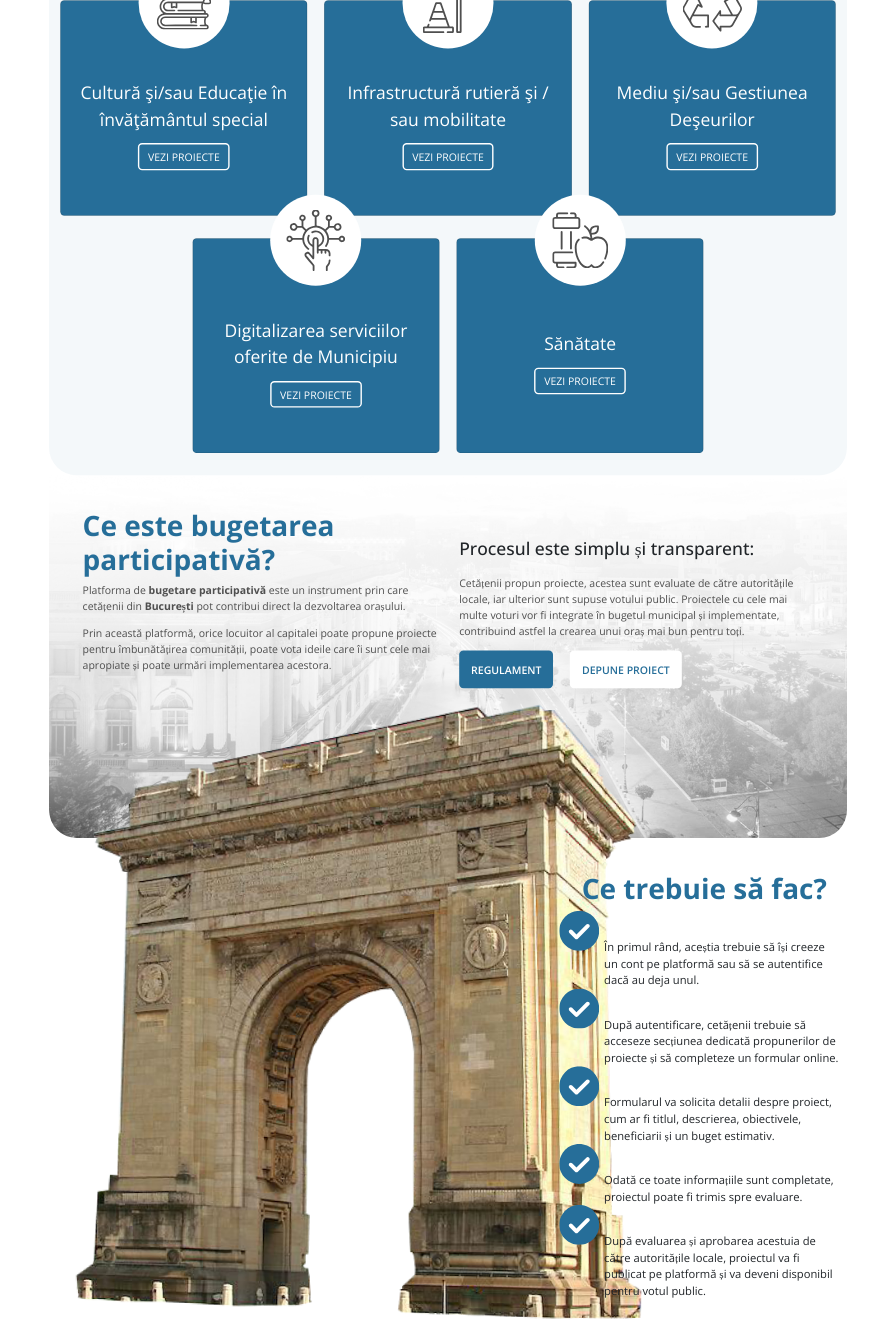
Repository: cosmin05072018/webis-task
Page: index.html
These files come from the project's save history. The page is drawn as it stood at one moment and after the next save; the edit follows.
The browser window is 1280 px wide. The pictures show the part of the page from y = 1426 to 3346 px (the page is 3346 px tall before and 3204 px after), at 70% of full size.

Above is the page before, as saved 2024-10-06 13:46:32.

After the next save:
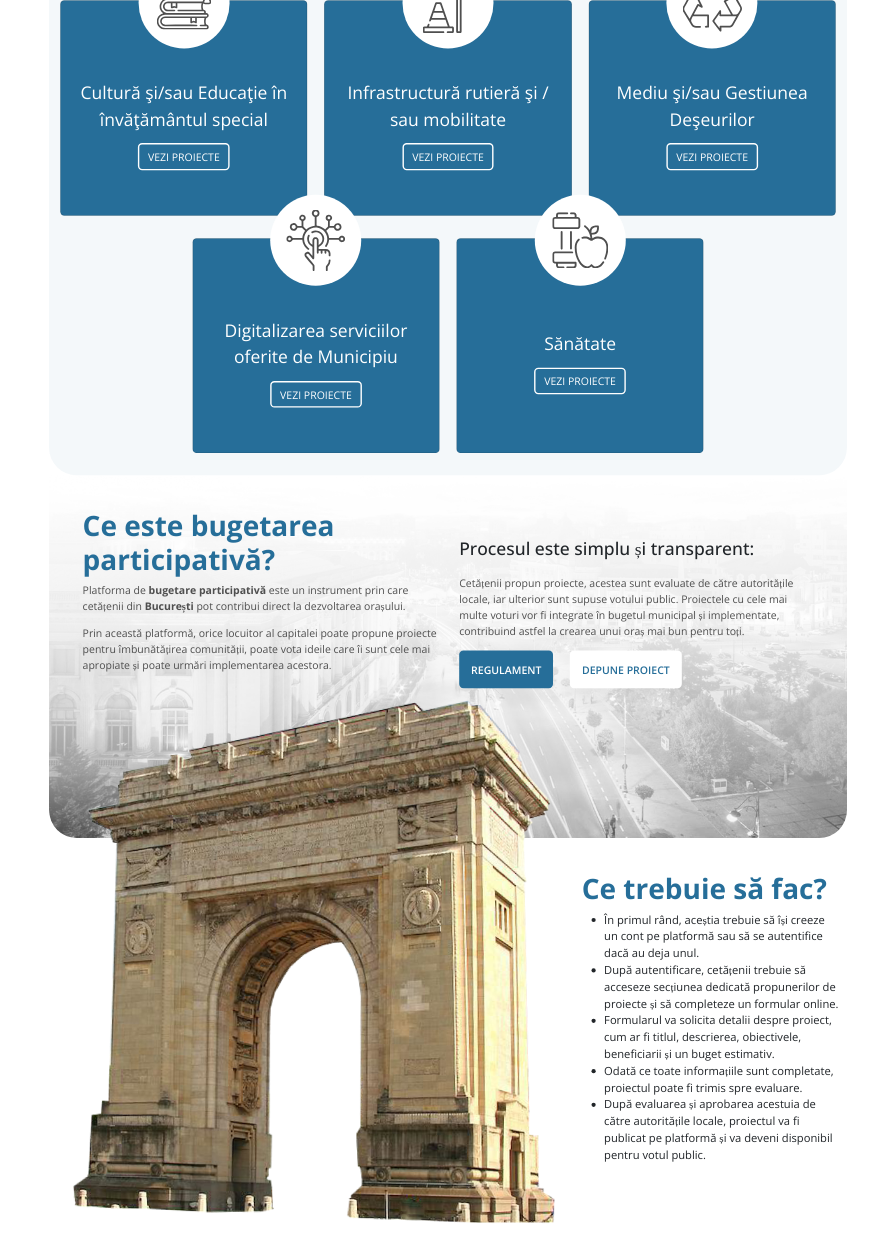
Saved 114 s later.
--- a/assets/css/style.css
+++ b/assets/css/style.css
@@ -385,12 +385,13 @@
 }
 
 .list-steps-section .right-section ul li{
-  list-style-image: url('/assets/images/checked.svg');
+
 }
 
 .list-steps-section .right-section ul li::marker{
   width: 16px;
   height: 16px;
+  list-style-image: url('/assets/images/checked.svg');
 }
 
 @media (max-width: 1200px) {
